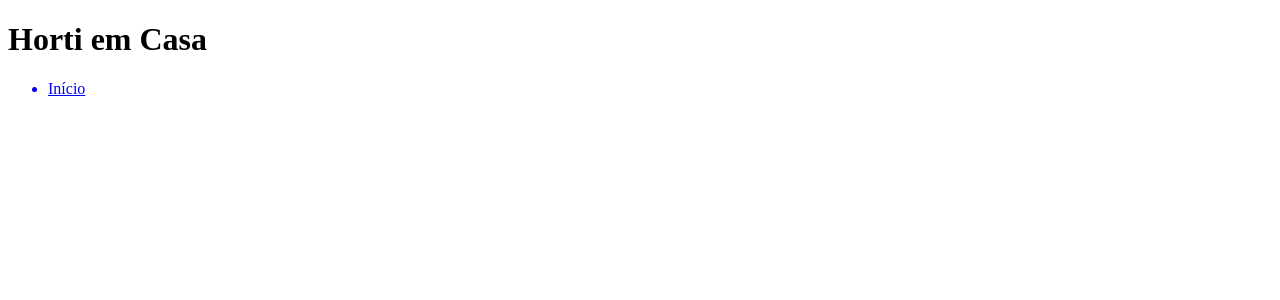
Repository: gabrielcastroo/horti-em-casa
Page: index.html
An editor plug-in stored every save of this project. The page is shown before and after the next save, followed by the edit.
The browser window is 1280 px wide. The pictures show the whole page.

Above is the page before, as saved 2022-04-13 09:41:48.

After the next save:
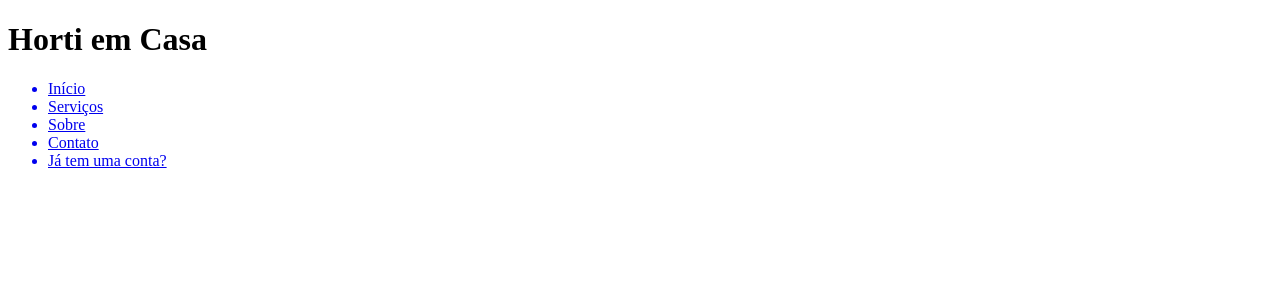
Saved 74 s later.
--- a/index.html
+++ b/index.html
@@ -15,11 +15,11 @@
         </div>
 
         <ul>
-            <a href="#">
-                <li>
-                    Início
-                </li>
-            </a>
+            <a href="#"><li>Início</li></a>
+            <a href="#"><li>Serviços</li></a>
+            <a href="#"><li>Sobre</li></a>
+            <a href="#"><li>Contato</li></a>
+            <a href="#"><li>Já tem uma conta?</li></a>
         </ul>
     </header>
 
